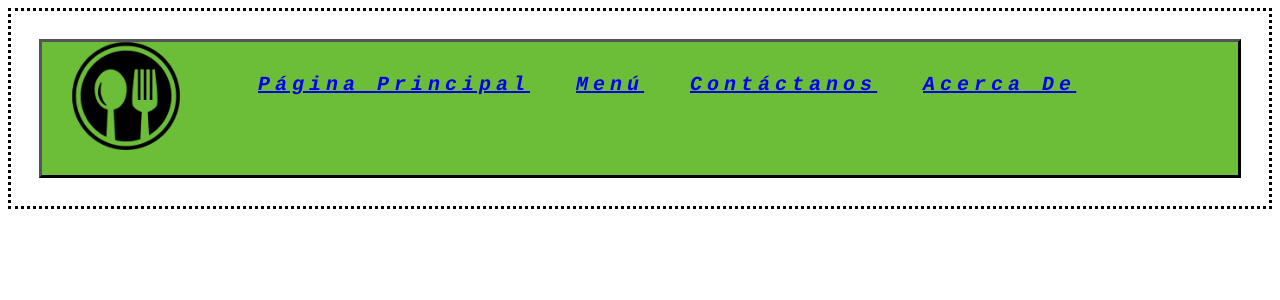
Repository: UVMCoyoacan/eq06_sitio1
Page: index.html
These files come from the project's save history. The page is drawn as it stood at one moment and after the next save; the edit follows.
The browser window is 1280 px wide. The pictures show the whole page.

Above is the page before, as saved 2024-03-07 10:22:19.

After the next save:
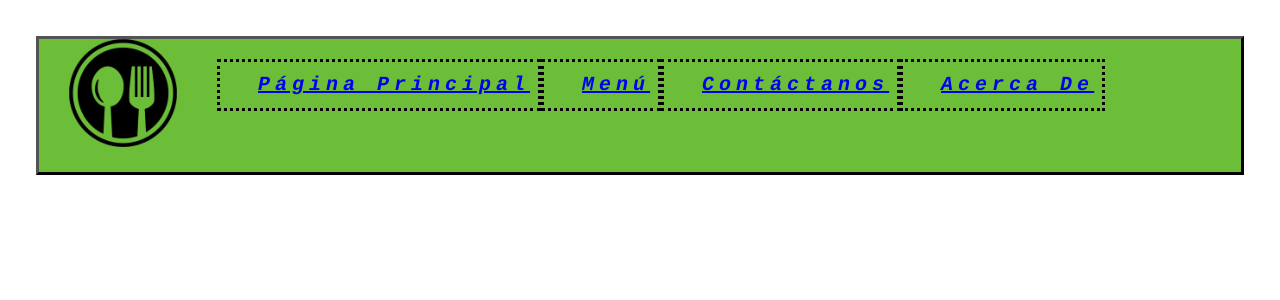
Saved 50 s later.
--- a/Carpeta estilos/estilo1.css
+++ b/Carpeta estilos/estilo1.css
@@ -10,8 +10,7 @@ body{
   text-transform:capitalize;
   text-align:left;
   text-indent:30px;
-  border-style: dotted;
-  border-color: #000000;
+
 }
 header{
   background-color:#6cbe39;
@@ -42,6 +41,8 @@ li {
   text-transform:capitalize;
   text-align:left;
   text-indent:30px;
+  border-style:dotted;
+  border-color: #000000;
 }
 
 
